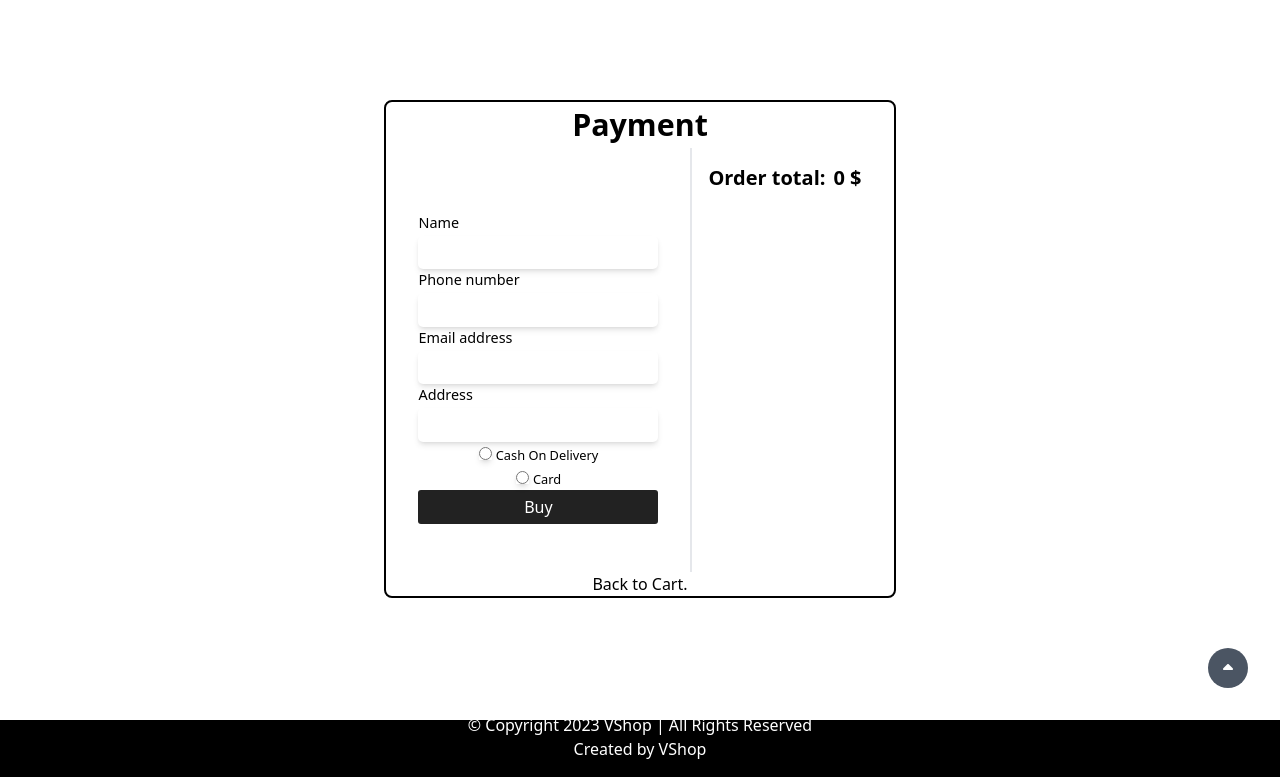
Repository: Kith933UTH/VSHOP
Page: /private/payment
The author's editor kept a copy of each file at every save. The page is drawn from the files as they stood at one save, then again after the next save.
The browser window is 1280 px wide. The pictures show the whole page.
Pictures or frames that could not be fetched are drawn as grey boxes. The project was rebuilt for these pictures with package versions that can differ from the ones it lists, and the page was loaded fresh each time. Also part of the build but not shown: src/components/product-item/ProductItem.js, src/components/loader/Loader.js, src/constants/constants.js, src/components/product-filters/Category.js, src/components/product-filters/Price.js, src/components/product-filters/Rating.js, src/components/product-filters/ProductFilters.js, src/components/cart-shopping/CartEmpty.js and 20 more.

Above is the page before, as saved 2023-08-04 22:25:51.

After the next save:
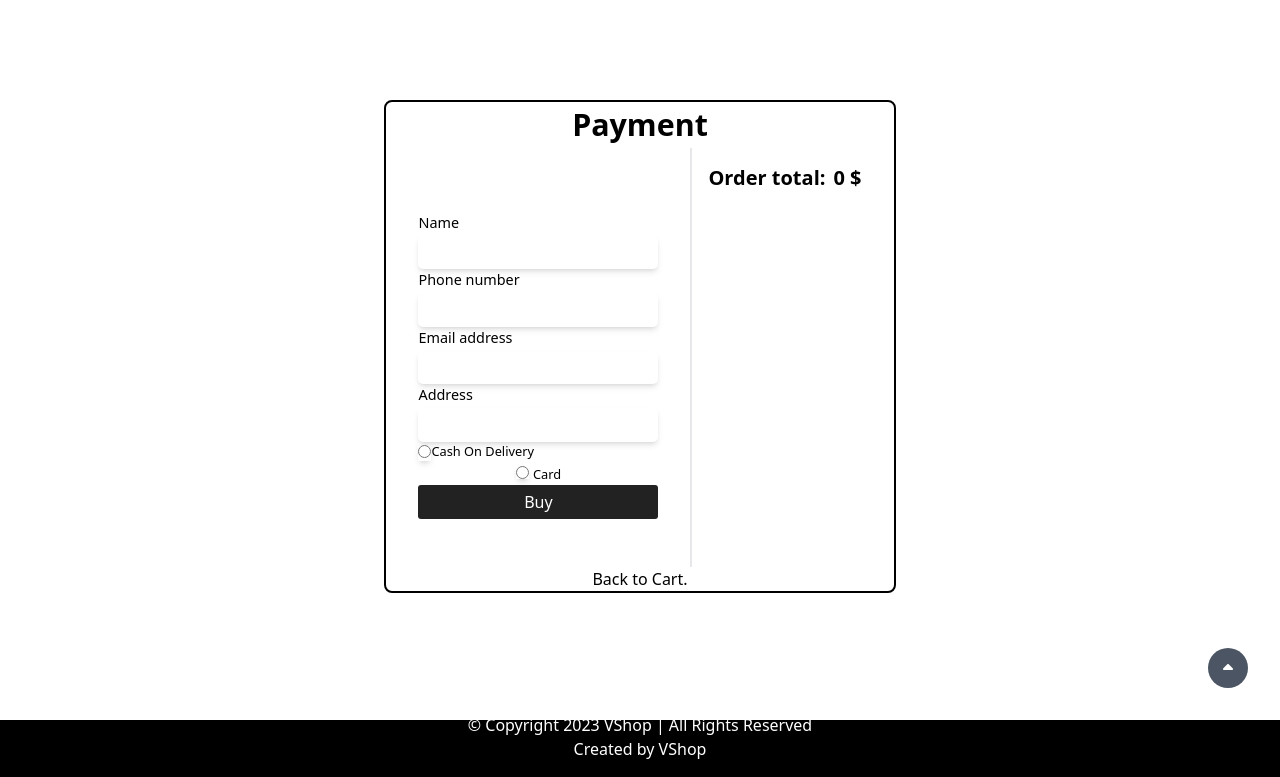
Saved 53 s later.
--- a/src/components/payment/Payment.js
+++ b/src/components/payment/Payment.js
@@ -34,7 +34,7 @@ export function Payment({login}) {
                         <label>Address</label><br/>
                         <input className='shadow-md'  type="text" name="address" required />
                     </p>
-                    <p className=''>
+                    <p className='flex justify-start'>
                         <input className='shadow-md' type="radio" name="checkbox" /> <span>Cash On Delivery</span>
                     </p>
                     <p className=''>
